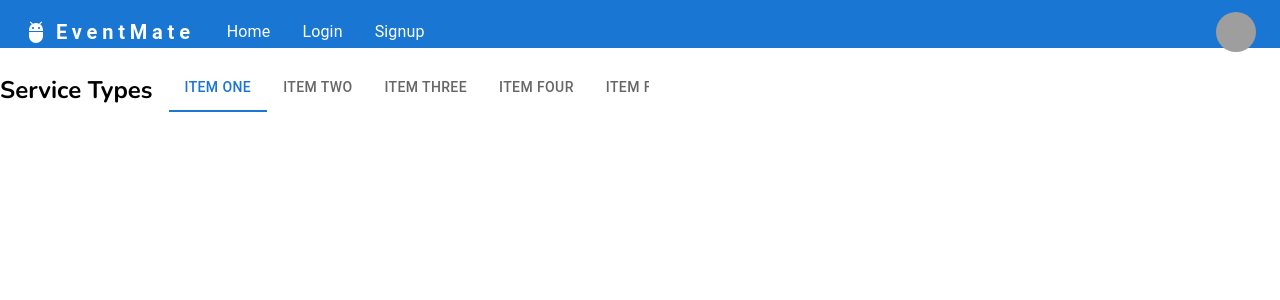
Repository: Farida-Yeasmin-Mim/EventMate_Frontend
Page: /filterpage
These files come from the project's save history. The page is drawn as it stood at one moment and after the next save; the edit follows.
The browser window is 1280 px wide. The pictures show the whole page.
Pictures or frames that could not be fetched are drawn as grey boxes. The page's requests for data from a server got no answer. The project was rebuilt for these pictures with package versions that can differ from the ones it lists, and the page was loaded fresh each time. No one was signed in, and anything a server would have sent is missing. Also part of the build but not shown: src/components/PostRequest.js, src/pages/auth/Login.js, src/components/seletionTextField/selectGender.js, src/pages/auth/Signup.js, src/components/vendor/RegVendor.js, src/components/offer.js, src/components/productcategories.js, src/components/icontabs.js and 15 more.

Above is the page before, as saved 2022-08-16 17:48:26.

### public/index.html
<!DOCTYPE html>
<html lang="en">
  <head>
    <meta charset="utf-8" />
    <link rel="icon" href="%PUBLIC_URL%/favicon.ico" />
    <meta name="viewport" content="width=device-width, initial-scale=1" />
    <meta name="theme-color" content="#000000" />
    <meta
      name="description"
      content="Web site created using create-react-app"
    />
    <link rel="apple-touch-icon" href="%PUBLIC_URL%/logo192.png" />

    <link href="https://fonts.googleapis.com/css2?family=Nunito:ital,wght@0,200;0,300;0,400;0,500;0,600;0,700;0,800;0,900;1,200;1,300;1,400;1,500;1,600;1,700;1,900&family=Raleway:ital,wght@0,100;0,200;0,300;0,400;0,500;0,600;0,700;0,800;0,900;1,100;1,200;1,300;1,400;1,500;1,600;1,700;1,800;1,900&display=swap"
    rel="stylesheet">

    <style>
      * {
        font-family: 'Nunito', sans-serif;
        margin: 0;
      }
    </style>

    <link rel="manifest" href="%PUBLIC_URL%/manifest.json" />

    <title>EventMate</title>
  </head>
  <body>
    <noscript>You need to enable JavaScript to run this app.</noscript>
    <div id="root"></div>

  </body>
</html>

### src/index.js
import React from 'react';
import ReactDOM from 'react-dom/client';
import './index.css';
import App from './App';
import reportWebVitals from './reportWebVitals';
import axios from 'axios';
import Context from './components/context/Context';

axios.defaults.baseURL = 'http://127.0.0.1:8000/api/'
// axios.defaults.baseURL = 'https://guarded-beach-16980.herokuapp.com/api/'
axios.defaults.headers.common['Authorization'] = 'Bearer ' + localStorage.getItem('token')

const root = ReactDOM.createRoot(document.getElementById('root'));
root.render(
  <React.StrictMode>
    <Context>
      <App />
    </Context>
  {/* <App/> */}
  </React.StrictMode>

);

// If you want to start measuring performance in your app, pass a function
// to log results (for example: reportWebVitals(console.log))
// or send to an analytics endpoint. Learn more: https://bit.ly/CRA-vitals
reportWebVitals();

### src/App.js
//import logo from './logo.svg';
import './App.css';
import Login from './pages/auth/Login';
import Signup from './pages/auth/Signup';
import Registration from './components/vendor/RegVendor';
import Offer from './components/Offer';
import ProductCategories from './components/productcategories';
import IconTabs from './components/icontabs';
//import DecorationCard from './components/cards/decoration';
import Services from './components/services';
import AddDecorationsForm from './pages/services/addDecorationsForm';
//import Home from './pages/Home';
import Navbar from './components/Navbar';
import Feed from './components/feed/Feed';
import Dashboard from './components/vendor/Dashboard';
import CreateEvent from './components/event/CreateEvent';
import OrderDetails from './components/event/OrderDetails';
import AppRouter from './components/AppRouter';
import FilterPage from './components/event/filter/FilterPage';
import Notification from './components/Notification';
import SearchBar from './components/event/filter/SearchBar';




function App() {
  return (
    <div className="App">
      {/*



      <Services></Services>
      <Offer></Offer>

      <Login></Login>
      <Signup></Signup>
      <Registration></Registration>
      <AddDecorationsForm></AddDecorationsForm> */}



    {/* <DecorationCard></DecorationCard>  */}
    {/* <ProductCategories></ProductCategories> */}
    {/* <Navbar/>   */}
    {/* <Home/> */}
    {/* <Feed/> */}
    {/* <Dashboard/> */}
    {/* <CreateEvent/> */}
    {/* <OrderDetails/> */}
    {/* <Home/> */}
    {/* <SearchBar/> */}

      {/* <AppRouter /> */}
      {/* */}
      {/* <IconTabs/> */}

      <Notification/>
      <AppRouter/>
      {/* <Home/>  */}
     {/* <FilterPage/> */}

    </div>
  );
}

export default App;

### src/components/context/Context.js
import React, { createContext, useContext, useReducer  } from 'react';
import { faker } from '@faker-js/faker';
import { cartReducer } from './Reducers';
import { dataList } from '../event/filter/constants';

const Cart = createContext();

function Context({children}) {
    // const products = [...Array(20)].map(() => ({
    //     id: faker.datatype.uuid(),
    //     name: faker.commerce.productName(),
    //     price: faker.commerce.price(),
    //     image: faker.image.fashion(),
    //     inStock: faker.helpers.arrayElement([0, 3, 5, 6, 7]),
    //     fastDelivery: faker.datatype.boolean(),
    //     ratings: faker.helpers.arrayElement([1, 2, 3, 4, 5]),
    //   }));
    const products = [...dataList];

      // console.log(products);
      const [state, dispatch] = useReducer(cartReducer, {
        products: products,
        cart: [],
      });


      return (
        <Cart.Provider value={{ state, dispatch }}>
          {children}
        </Cart.Provider>
      );
};

export const CartState = () => {
  return useContext(Cart);
};

export default Context;

### src/App.css
@import url('https://fonts.googleapis.com/css2?family=Raleway:ital,wght@0,100;0,200;0,300;0,400;0,500;0,600;0,700;0,800;0,900;1,100;1,200;1,300;1,400;1,500;1,600;1,700;1,800;1,900&display=swap');


*,
*::after,
*::before{
  margin: 0;
}

body{
  font-family: 'Raleway', sans-serif;
}

input{
  font-family: 'Raleway', sans-serif;
}

/* Chrome Safari and Opera */
/* scrollbar handle */
::-webkit-scrollbar{
  display: none;
}

body{
  -ms-overflow-style: none;   /*work on internet explorer and Edge*/
  scrollbar-width: none;      /*work on Firefox*/
}


.App-logo {
  height: 40vmin;
  pointer-events: none;
}

@media (prefers-reduced-motion: no-preference) {
  .App-logo {
    animation: App-logo-spin infinite 20s linear;
  }
}

.App-header {
  background-color: #282c34;
  min-height: 100vh;
  display: flex;
  flex-direction: column;
  align-items: center;
  justify-content: center;
  font-size: calc(10px + 2vmin);
  color: white;
}

.App-link {
  color: #61dafb;
}

@keyframes App-logo-spin {
  from {
    transform: rotate(0deg);
  }
  to {
    transform: rotate(360deg);
  }
}

### src/components/Navbar.js
import * as React from 'react';
import AppBar from '@mui/material/AppBar';
import Box from '@mui/material/Box';
import Toolbar from '@mui/material/Toolbar';
import IconButton from '@mui/material/IconButton';
import Typography from '@mui/material/Typography';
import Menu from '@mui/material/Menu';
import MenuIcon from '@mui/icons-material/Menu';
import Container from '@mui/material/Container';
import Avatar from '@mui/material/Avatar';
import Button from '@mui/material/Button';
import Tooltip from '@mui/material/Tooltip';
import MenuItem from '@mui/material/MenuItem';
import AdbIcon from '@mui/icons-material/Adb';
import { Link } from "react-router-dom";


// const pages = ['Home', 'About', 'Services', 'Contact Us', 'LogIn', 'SignUp'];
const settings = ['Profile', 'Account', 'Dashboard', 'Logout'];

const Navbar = () => {
  const [anchorElNav, setAnchorElNav] = React.useState(null);
  const [anchorElUser, setAnchorElUser] = React.useState(null);

  const handleOpenNavMenu = (event) => {
    setAnchorElNav(event.currentTarget);
  };
  const handleOpenUserMenu = (event) => {
    setAnchorElUser(event.currentTarget);
  };

  const handleCloseNavMenu = () => {
    setAnchorElNav(null);
  };

  const handleCloseUserMenu = () => {
    setAnchorElUser(null);
  };

  return (
    <AppBar position="static">
      <Container maxWidth="xl">
        <Toolbar disableGutters>
          <AdbIcon sx={{ display: { xs: 'none', md: 'flex' }, mr: 1 }} />


          {/* For Left side EventMate design */}
          <Typography
            variant="h6"
            noWrap
            component="a"
            href="/"
            sx={{
              mr: 2,
              display: { xs: 'none', md: 'flex' },
              fontWeight: 700,
              letterSpacing: '.3rem',
              color: 'inherit',
              textDecoration: 'none',
            }}
          >
            EventMate
          </Typography>

          <Box sx={{ flexGrow: 1, display: { xs: 'flex', md: 'none' } }}>
            <IconButton
              size="large"
              aria-label="account of current user"
              aria-controls="menu-appbar"
              aria-haspopup="true"
              onClick={handleOpenNavMenu}
              color='inherit'
            >
              <MenuIcon />
            </IconButton>


            <Menu
              id="menu-appbar"
              anchorEl={anchorElNav}
              anchorOrigin={{
                vertical: 'bottom',
                horizontal: 'left',
              }}
              keepMounted
              transformOrigin={{
                vertical: 'top',
                horizontal: 'left',
              }}
              open={Boolean(anchorElNav)}
              onClose={handleCloseNavMenu}
              sx={{
                display: { xs: 'block', md: 'none' },
              }}
            >

              {/* pages function for left bar */}
              {/* {pages.map((page) => (
                <MenuItem key={page} onClick={handleCloseNavMenu}>
                  <Typography textAlign="center">{page}</Typography>

                </MenuItem>
              ))} */}
              {/* <MenuItem><Link to="/">Home</Link></MenuItem>
              <MenuItem><Link to="/login">Login</Link></MenuItem>
              <MenuItem><Link to="/signup">Signup</Link></MenuItem> */}

            </Menu>
          </Box>


          {/* <AdbIcon sx={{ display: { xs: 'flex', md: 'none' }, mr: 1 }} />
          <Typography
            variant="h5"
            noWrap
            component="a"
            href=""
            sx={{
              mr: 2,
              display: { xs: 'flex', md: 'none' },
              flexGrow: 1,
              fontFamily: 'monospace',
              fontWeight: 700,
              letterSpacing: '.3rem',
              color: 'white',
              textDecoration: 'none',
            }}
          >
            EventMate
          </Typography> */}




           {/* left side pages button design */}
          {/* <Box sx={{ flexGrow: 1, display: { xs: 'none', md: 'flex' } }}>
            {pages.map((page) => (
              <Button
                key={page}
                onClick={handleCloseNavMenu}
                sx={{ my: 2, color: 'white', display: 'block' }}
              >
                {page}
              </Button>
            ))}
          </Box> */}
          {/* <Box sx={{ flexGrow: 1, display: { xs: 'none', md: 'flex' } }}>
              <Button
                key={page}
                onClick={handleCloseNavMenu}
                sx={{ my: 2, color: 'white', display: 'block' }}
              >


              </Button>
          </Box> */}

          <Box sx={{ flexGrow: 1, display: { xs: 'none', md: 'flex' } }}>
              <Link to="/" style={{ textDecoration: 'none', color: 'white', display: 'block', my: 2 }} ><MenuItem> Home</MenuItem></Link>
              <Link to="/login" style={{ textDecoration: 'none', color: 'white', display: 'block', my: 2 }}><MenuItem>Login</MenuItem></Link>
              <Link to="/signup" style={{ textDecoration: 'none', color: 'white', display: 'block', my: 2 }}><MenuItem>Signup</MenuItem></Link>
          </Box>



           {/* right side iconbar design*/}
          <Box sx={{ flexGrow: 0 }}>
            <Tooltip title="Open settings">
              <IconButton onClick={handleOpenUserMenu} sx={{ p: 0 }}>
                <Avatar alt="Remy Sharp" src="https://avatars.githubusercontent.com/u/76836136?s=400&u=6b029a033204aea30687591bedb424dcbfbea46a&v=4" />
              </IconButton>
            </Tooltip>


            <Menu
              sx={{ mt: '45px' }}
              id="menu-appbar"
              anchorEl={anchorElUser}
              anchorOrigin={{
                vertical: 'top',
                horizontal: 'right',
              }}
              keepMounted
              transformOrigin={{
                vertical: 'top',
                horizontal: 'right',
              }}
              open={Boolean(anchorElUser)}
              onClose={handleCloseUserMenu}
            >

              {/* settings function for right iconbar */}
              {/* {settings.map((setting) => (
                <MenuItem key={setting} onClick={handleCloseUserMenu}>
                  <Typography textAlign="center">{setting}</Typography>
                </MenuItem>
              ))} */}
              <Link to="/logout" style={{ textDecoration: 'none', color: 'gray', display: 'block', my: 2 }}><MenuItem><Typography textAlign="center">Logout</Typography></MenuItem></Link>

            </Menu>
          </Box>


        </Toolbar>
      </Container>
    </AppBar>
  );
};
export default Navbar;

### src/components/AppRouter.js
import React from 'react';
import { BrowserRouter as Router, Routes, Route } from "react-router-dom";
import Login from '../pages/auth/Login';
import Logout from '../pages/auth/Logout';
import Signup from '../pages/auth/Signup';
import Home from '../pages/Home';
import CreateEvent from './event/CreateEvent';
import OrderDetails from './event/OrderDetails';
import SelectServices from './event/SelectServices';
import Feed from './feed/Feed';
import Navbar from './Navbar';
import Dashboard from './vendor/Dashboard';
import Vendor_reg from './vendor/RegVendor';
import Offer from './Offer';
import ProductCategories from './productcategories';
import AddDecorationsForm from '../pages/services/addDecorationsForm';
import FilterPage from './event/filter/FilterPage';



function AppRouter(props) {
    return (
        <Router>

            <Navbar />
            <Routes>
                <Route path="/" exact element={<Home/>} />
                <Route path="/login" element={<Login/>} />
                <Route path="/logout" element={<Logout/>} />
                <Route path="/signup" element={<Signup/>} />
                <Route path="/feed" element={<Feed/>} />
                <Route path="/vendor_reg" element={<Vendor_reg/>} />
                <Route path="/vendor_dashboard" element={<Dashboard/>} />
                <Route path="/event_create" element={<CreateEvent/>} />
                <Route path="/productcategories" element={<ProductCategories/>} />
                <Route path="/select_services" element={<SelectServices/>} />
                <Route path="/Order_details" element={<OrderDetails/>} />
                <Route path="/Offer" element={<Offer/>} />
                <Route path="/addDecorationsForm" element={<AddDecorationsForm/>} />
                <Route path="/filterpage" element={<FilterPage/>} />

                {/* path="file name" element="file function" */}


            </Routes>

      </Router>
    );
}

export default AppRouter;

### src/components/event/filter/FilterPage.js
// import * as React from 'react';
// import Box from '@mui/material/Box';
// import Tab from '@mui/material/Tab';
// import TabContext from '@mui/lab/TabContext';
// import TabList from '@mui/lab/TabList';
// import TabPanel from '@mui/lab/TabPanel';

// export default function LabTabs() {
//     const [value, setValue] = React.useState('1');

//     const handleChange = (event, newValue) => {
//         setValue(newValue);
//     };

//     return (
//         <Box sx={{ width: '100%', typography: 'body1' }}>
//             <TabContext value={value}>
//                 <Box sx={{ borderBottom: 1, borderColor: 'divider' }}>
//                     <TabList onChange={handleChange} aria-label="lab API tabs example">
//                         <Tab label="Item One" value="1" />
//                         <Tab label="Item Two" value="2" />
//                         <Tab label="Item Three" value="3" />
//                     </TabList>
//                 </Box>
//                 <TabPanel value="1">Item One</TabPanel>
//                 <TabPanel value="2">Item Two</TabPanel>
//                 <TabPanel value="3">Item Three</TabPanel>
//             </TabContext>
//         </Box>
//     );
// }
import * as React from 'react';
import Tabs from '@mui/material/Tabs';
import Tab from '@mui/material/Tab';
import Box from '@mui/material/Box';
import { Grid } from '@mui/material';

export default function ScrollableTabsButtonAuto() {
    const [value, setValue] = React.useState(0);

    const handleChange = (event, newValue) => {
        setValue(newValue);
    };

    return (
        <Grid container spacing={2} style={{ background: '#fff' }}>
            <Grid item>
                <h2 style={{ color: "#000", textAlign: "center", padding: "10px 0", background: '#fff' }}>Service Types</h2>

            </Grid>
            <Grid item>

                <Box sx={{ maxWidth: { xs: 320, sm: 480 }, bgcolor: 'background.paper' }}>
                    <Tabs
                        value={value}
                        onChange={handleChange}
                        variant="scrollable"
                        scrollButtons="auto"
                        aria-label="scrollable auto tabs example"
                    >
                        <Tab label="Item One" />
                        <Tab label="Item Two" />
                        <Tab label="Item Three" />
                        <Tab label="Item Four" />
                        <Tab label="Item Five" />
                        <Tab label="Item Six" />
                        <Tab label="Item Seven" />
                    </Tabs>
                </Box>
            </Grid>

        </Grid>

    );
}

### src/components/Notification.js
import React from 'react';
import Pusher from "pusher-js"
import Echo from 'laravel-echo';

function Notification(props) {

    const options = {
        broadcaster: 'pusher',
        // key: config.pusher.key,
        key: "5b9c0add29710ce63a0d",
        cluster: "ap2",
        forceTLS: "false",
        //authEndpoint is your apiUrl + /broadcasting/auth
        authEndpoint: "http://127.0.0.1:8000/broadcasting/auth",
        // As I'm using JWT tokens, I need to manually set up the headers.
        auth: {
          headers: {
            Authorization: 'Bearer ' + localStorage.getItem('token'),
            Accept: 'application/json',
          },
        },
      };
    const userId = 2;
    const echo = new Echo(options);
    echo.private(`App.User.${userId}`).notification((data) => {
        console.log(data.comment.body);
        window.alert(data.comment.body);
    });
    return (
        <div>

        </div>
    );
}

export default Notification;

### src/components/context/Reducers.js
export const cartReducer = (state, action) => {

    switch (action.type) {
      case "ADD_TO_CART":
        return { ...state, cart: [...state.cart, { ...action.payload, qty: 1 }] };
      case "REMOVE_FROM_CART":
        return {
          ...state,
          cart: state.cart.filter((c) => c.id !== action.payload.id),
        };
      // case "CHANGE_CART_QTY":
      //   return {
      //     ...state,
      //     cart: state.cart.filter((c) =>
      //       c.id === action.payload.id ? (c.qty = action.payload.qty) : c.qty
      //     ),
      //   };
      default:
        return state;
    }
  };

### src/components/event/filter/constants.js
import nacho from "./images/dishes/nacho-burger.jpg";


// For Category List
export const categoryList = [
    {
      id: 1,
      value: 'decoration',
      label: '💫 Decoration',
    },

    {
      id: 2,
      value: 'catering',
      label: '🍕 Catering',
    },
  ];

  // For Rating List
  export const ratingList = [
    {
      id: 1,
      value: '1',
      label: '1🌟',
    },
    {
      id: 2,
      value: '2',
      label: '2🌟',
    },
    {
      id: 3,
      value: '3',
      label: '3🌟',
    },
    {
      id: 4,
      value: '4',
      label: '4🌟',
    },
    {
      id: 5,
      value: '5',
      label: '5🌟',
    },
  ];


  // For side List
  export const dataList = [

    /*For Decoration*/
    {
      id: 1,
      title: 'Wedding Decoration 1',
      serviceTime: '7 days',
      deliveryFee: 3.44,
      category: 'decoration',
      decoration: 'Wedding',
      rating: 5,
      price: 2500,
      coverSrc: nacho,
    },
    {
      id: 2,
      title: 'Birthday Decoration 1',
      serviceTime: '15-20min',
      deliveryFee: 4.94,
      category: 'decoration',
      decoration: 'Birthday',
      rating: 4,
      price: 1000,
      coverSrc: 'https://m.media-amazon.com/images/I/81nU6clDgEL.jpg',
    },
    {
      id: 3,
      title: 'chow',
      serviceTime: '30-22min',
      deliveryFee: 4.94,
      category: 'decoration',
      decoration: 'Proposal',
      rating: 3,
      price: 2000,
      coverSrc: 'https://img.freepik.com/free-vector/night-ocean-landscape-full-moon-stars-shine_107791-7397.jpg?w=2000',
    },
    {
      id: 4,
      title: 'wharf seafood',
      serviceTime: '10-18min',
      deliveryFee: 2.14,
      category: 'decoration',
      decoration: 'Wedding',
      rating: 1,
      price: 1800,
      coverSrc: '/images/places/sea.jpg',
    },
    {
      id: 5,
      title: 'Tossin',
      serviceTime: '25-30min',
      deliveryFee: 6.79,
      category: 'decoration',
      decoration: 'Proposal',
      rating: 5,
      price: 2000,
      coverSrc: '/images/places/italiian.jpg',
    },
    {
      id: 6,
      title: 'stories noodles',
      serviceTime: '5-15min',
      deliveryFee: 2.87,
      category: 'decoration',
      decoration: 'Birthday',
      rating: 5,
      price: 3500,
      coverSrc: '/images/places/fookyew2.jpg',
    },

    /*For Catering*/
    {
      id: 7,
      title: 'Nacho cheeseburger',
      serviceTime: '50-65min',
      deliveryFee: 8.5,
      category: 'catering',
      decoration: 'american',
      rating: 2,
      price: 2200,
      coverSrc: '../filter/images/dishes/nacho-burger.jpg',
      // /images/dishes/nacho-burger.jpg
    },
    {
      id: 8,
      title: 'Mushroom Risotto',
      serviceTime: '10-15min',
      deliveryFee: 1.8,
      category: 'catering',
      decoration: 'italian',
      rating: 1,
      price: 1900,
      coverSrc: '/images/dishes/Mushroom-Risotto-Recipe-1-1200.jpg',
    },
    {
      id: 9,
      title: 'Shitake Fried Rice',
      serviceTime: '12-18min',
      deliveryFee: 3.33,
      category: 'catering',
      decoration: 'chinese',
      rating: 4,
      price: 2750,
      coverSrc: '/images/dishes/shiitake-salmon-fried-rice-0218-103230720.jpg',
    },
    {
      id: 10,
      title: 'Pesto chicken stew',
      serviceTime: '30-38min',
      deliveryFee: 1.9,
      category: 'catering',
      decoration: 'american',
      rating: 2,
      price: 4350,
      coverSrc: '/images/dishes/pesto-chicken.jpg',
    },
    {
      id: 11,
      title: 'Bruschetta',
      serviceTime: '16-20min',
      deliveryFee: 4.1,
      category: 'catering',
      decoration: 'italian',
      rating: 3,
      price: 3300,
      coverSrc: '/images/dishes/as-tomato-bruschetta-articleLarge.jpg',
    },
    {
      id: 12,
      title: 'Dim Sums',
      serviceTime: '24-30min',
      deliveryFee: 1.5,
      category: 'catering',
      decoration: 'chinese',
      rating: 2,
      price: 4100,
      coverSrc: '/images/dishes/dimsums.jpg',
    },
  ];

Loaded but not shown: src/index.css (common file); src/reportWebVitals.js (common file)

After the next save:
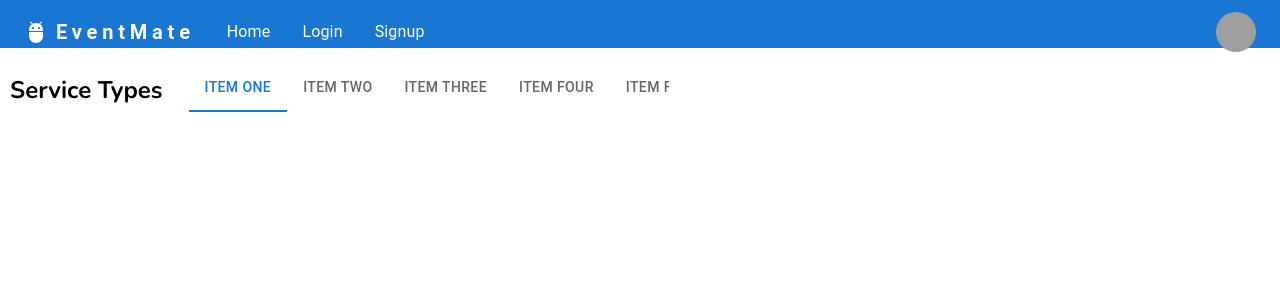
Saved 11 s later.
--- a/src/components/event/filter/FilterPage.js
+++ b/src/components/event/filter/FilterPage.js
@@ -45,7 +45,7 @@ export default function ScrollableTabsButtonAuto() {
     return (
         <Grid container spacing={2} style={{ background: '#fff' }}>
             <Grid item>
-                <h2 style={{ color: "#000", textAlign: "center", padding: "10px 0", background: '#fff' }}>Service Types</h2>
+                <h2 style={{ color: "#000", textAlign: "center", padding: "10px 10px", background: '#fff' }}>Service Types</h2>
 
             </Grid>
             <Grid item>
